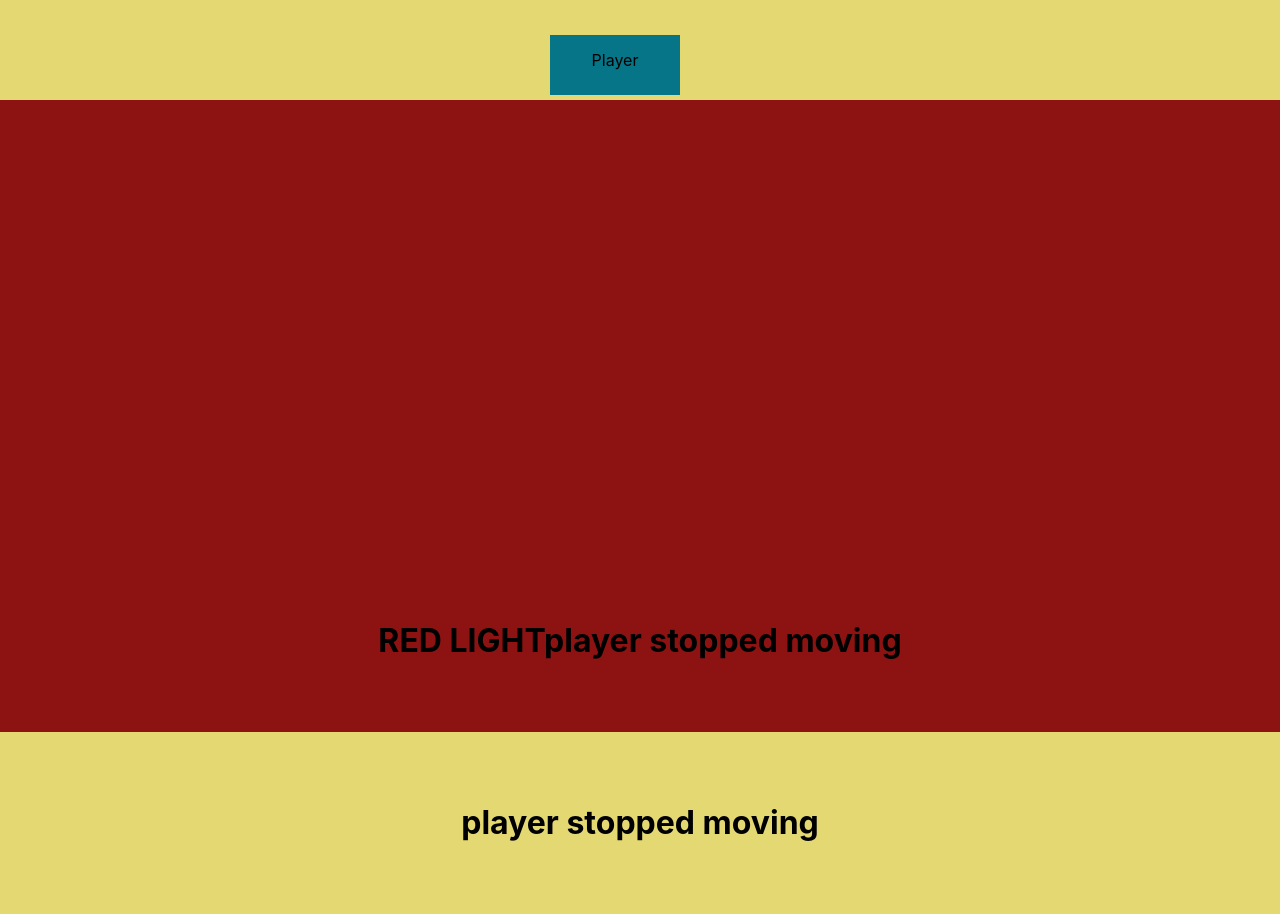
Repository: DerickT02/red-light-green-light
Page: /
The author's editor kept a copy of each file at every save. The page is drawn from the files as they stood at one save, then again after the next save.
The browser window is 1280 px wide. The pictures show the whole page.
The project was rebuilt for these pictures with package versions that can differ from the ones it lists, and the page was loaded fresh each time.

Above is the page before, as saved 2021-12-06 07:58:30.

After the next save:
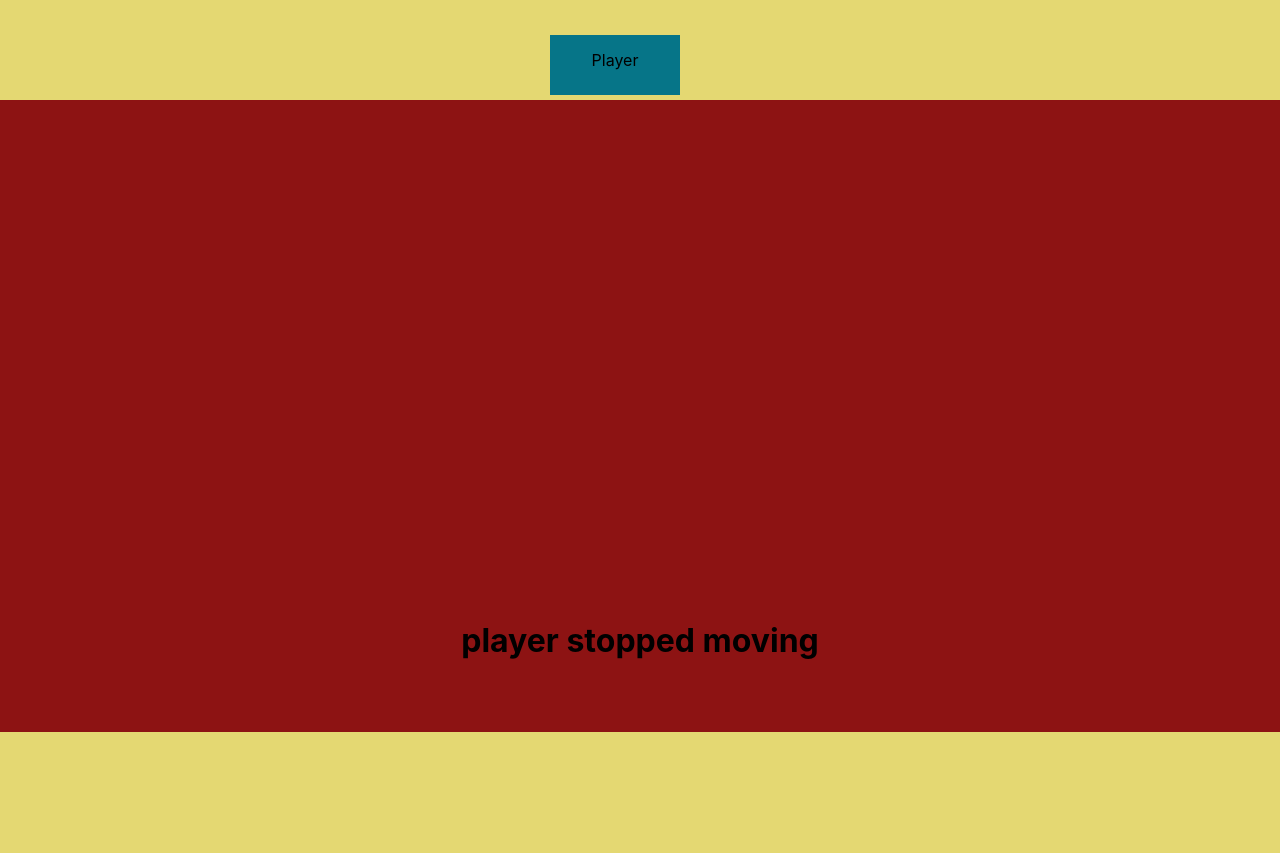
Saved 2 min 13 s later.
--- a/src/Field.js
+++ b/src/Field.js
@@ -42,8 +42,8 @@ export default function Field(){
         {
          <div className = "Field">
                 <div className = "Start"><Player /></div>
-                <div className = {light ? 'green-light' : 'red-light'}><h1>{light ? 'GREEN LIGHT' : 'RED LIGHT'}{moving ? 'player is moving' : 'player stopped moving'}</h1></div>
-                <div className = "End"><h1>{moving ? 'player is moving' : 'player stopped moving'}</h1></div>
+                <div className = {light ? 'green-light' : 'red-light'}><h1>{moving ? 'player is moving' : 'player stopped moving'}</h1></div>
+                <div className = "End"><h1></h1></div>
         </div>
         }
         </div>
